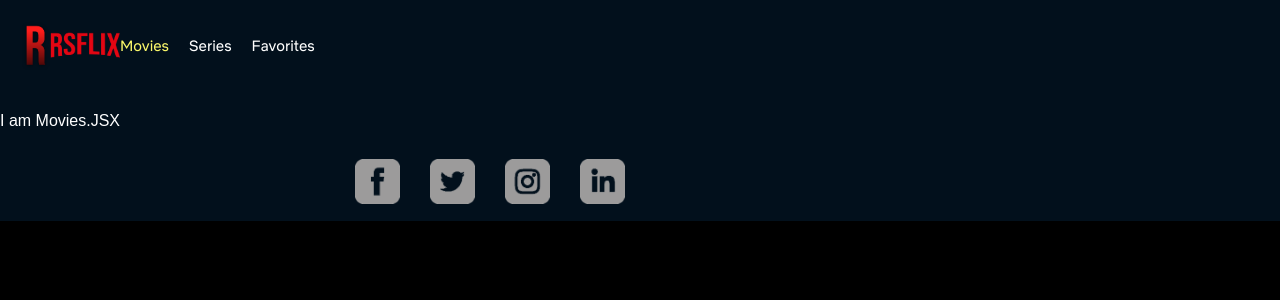
Repository: ronnysalas459/final_project_react
Page: /
These files come from the project's save history. The page is drawn as it stood at one moment and after the next save; the edit follows.
The browser window is 1280 px wide. The pictures show the whole page.
The project was rebuilt for these pictures with package versions that can differ from the ones it lists, and the page was loaded fresh each time. Also part of the build but not shown: src/containers/Favorites.jsx.

Above is the page before, as saved 2021-09-28 20:18:51.

After the next save:
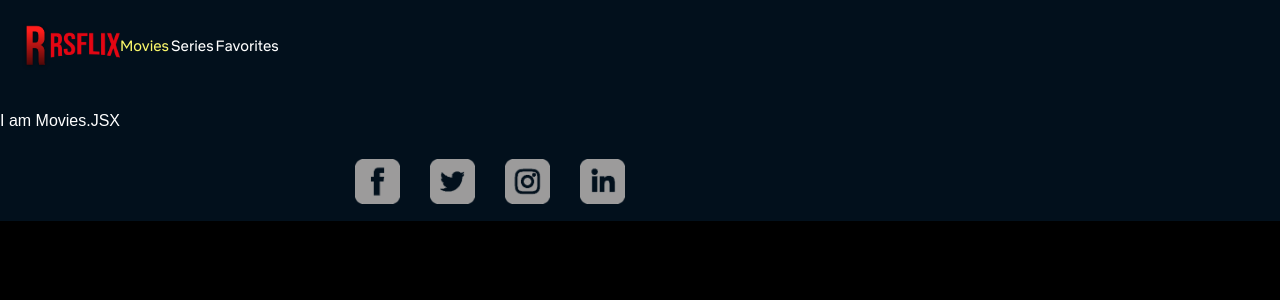
Saved 7 s later.
--- a/src/assets/styles/components/Header.scss
+++ b/src/assets/styles/components/Header.scss
@@ -17,7 +17,7 @@
 }
 
 .header__nav__options-item {
-  margin-right: 20px;
+  margin-right: 2px;
   font-size: 15px;
   font-family: $title-font;
   list-style-type: none;
